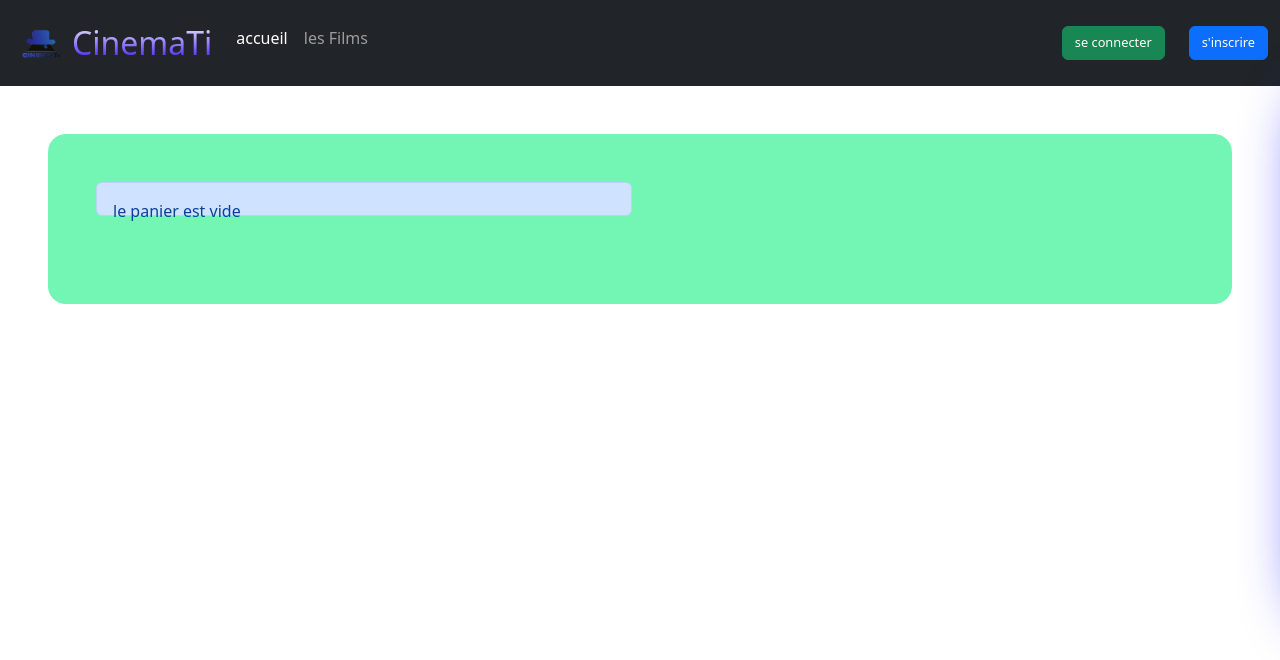
Repository: ahmed-rabah/cinemaMiniProject
Page: http://localhost/finaliserCommande.php
An editor plug-in stored every save of this project. The page is shown before and after the next save, followed by the edit.
The browser window is 1280 px wide. The pictures show the whole page.
The page is run by PHP 8.4 with error messages shown; the project is at /var/www/html/. Other server files are loaded and not shown.

Above is the page before, as saved 2023-01-12 12:25:45.
Console error: TypeError: Cannot read properties of null (reading 'addEventListener')

### finaliserCommande.php
<?php
 session_start();
//  require "./functions/database.php";
//  $images = $pdo->query("SELECT photo from film");
//  $images = $images->fetchAll(MYSQLI_NUM);
//  foreach ($images as $image){
//     echo "<img src=\"".$image["photo"]."\" >";
// }?>
<!DOCTYPE html>
<html lang="en">
<head>
    <meta charset="UTF-8">
    <meta http-equiv="X-UA-Compatible" content="IE=edge">
    <meta name="viewport" content="width=device-width, initial-scale=1.0">
    <link rel="stylesheet" href="node_modules/bootstrap/dist/css/bootstrap.min.css">
    <link rel="stylesheet" href="./css/style.css">
    <link rel="stylesheet" href="https://unicons.iconscout.com/release/v4.0.0/css/line.css">
    <link rel="icon" href="./logoCinema.png">
    <title>CinemaTi</title>
</head>
<body>
    <header>
        <?php include './header.php'; ?>

    </header>
    <main class="">
        <section class="" id="cartContainer"></section>
    </main>

    <div class="absoluteCart m-2 p-1"></div>

    <script src="node_modules/jquery/dist/jquery.slim.min.js"></script>
    <script src="node_modules/bootstrap/dist/js/bootstrap.bundle.min.js"></script>
    <script src="./javascript/panie.js"></script>
</body>
</html>

### header.php
<?php
    require_once './functions/database.php';

    function getAllgenres($pdo){
      $req = $pdo->query('SELECT * from genre');
      $rows = $req->fetchAll(PDO::FETCH_ASSOC);
      foreach ($rows as $row) {
        $genres[] = $row ;
      }

      return $genres;
    }
?>
<nav class="navbar navbar-expand-lg navbar-dark bg-dark">

  <div class="container-fluid">
      <a class="navbar-brand d-flex cine-name" href="./index.php">
        <img src="./logoCinema.png" width="60" height="60" class="d-inline-block align-top rounded-circle" alt="">
        <h2 class="mt-2 gradiant-bg">CinemaTi</h2>
      </a>
    <button class="navbar-toggler" type="button" data-bs-toggle="collapse" data-bs-target="#navbarColor01" aria-controls="navbarColor01" aria-expanded="false" aria-label="Toggle navigation">
      <span class="navbar-toggler-icon"></span>
    </button>
    <div class="collapse navbar-collapse justify-content-between" id="navbarColor01">
      <ul class="navbar-nav">
        <li class="nav-item">
          <a class="nav-link active" href="./index.php" id="accueil"><h6>accueil</h6>
            <span class="visually-hidden">(current)</span>
          </a>
        </li>
        <li class="nav-item">
          <a class="nav-link" href="./movies.php"  id="movies"><h6>les Films</h6></a>
        </li>
   <!--     <li class="nav-item">
          <a class="nav-link" href="./movies.php" ><h6>les salles de projection</h6></a>
        </li>
        <li class="nav-item">
          <a class="nav-link" href="./contact.php"><h6>Contact</h6></a>
        </li> -->
      </ul>
      <?php
      if(!isset($_SESSION['user_id'])){
        ?>

<ul class="nav navbar" id="non-connected">
  <li><a href="./signIn.php" class="btn btn-success me-2 font-size">se connecter</a></li>
  <li><a href="./signup.php" class="btn btn-primary ms-3 font-size">s'inscrire</a></li>
</ul>
<?php }
if(isset($_SESSION['user_id'])){ ?>
    <ul class="nav navbar" id="connected">
      <li><button class="btn btn-light me-2" id="panier"><span class="font-size"><i class="uil uil-shopping-cart-alt ">panier d'achat</i></span></button></li>
      <li><a href="./dashboard.php" class="btn btn-primary ms-3 "><span class="font-size"><i class="uil uil-user-circle"></i>votre compte</span></a></li>
      <li><a href="./logout.php" class="btn btn-danger ms-3 "><span class="font-size"><i class="uil uil-signout"></i>deconnexion</span></a></li>
    </ul>
    <?php } ?>
  </div>
  </div>
</nav>

### functions/database.php
<?php
try {
    $database="moviedb";
    $user="root";
    $password="";
    $pdo = new PDO("mysql:host=localhost;dbname=$database",$user,$password);
    // echo "Success: Connected to the database.";
  } catch(PDOException $e) {
    die("Error: Could not connect to the database.");
  }

### functions/panier.php
<?php


if($_SERVER['REQUEST_METHOD'] == 'GET'){
    session_start();
    if(isset($_SESSION['user_id']) && !empty( $_SESSION['panier'])){
        $panier = $_SESSION['panier'];
        require_once './database.php';
        $productsInfos=[];
        foreach ($panier as $product) {
            $idprogramme = $product['idProgramme'];
            $req = "SELECT  p.idProgramme ,g.libelle,f.titre,p.date_projection,f.photo , p.heure_debut, p.ticketsDisponible, p.prix_unitaire FROM programme as p, film as f , genre as g WHERE p.idFilm= f.idFilm AND p.idProgramme =$idprogramme AND g.idGenre = f.idGenre";
            $requete = $pdo->query($req);
            $resultat = $requete->fetch(PDO::FETCH_ASSOC);
            array_push($product,$resultat);
            if(isset($_GET['item']) && $_GET['item'] ==$idprogramme ){
                exit(json_encode($product));
            }
            array_push($productsInfos,$product);
        }
        if(isset($_GET['item'])){
            exit(json_encode(false));
        }
        exit(json_encode($productsInfos));


        // require_once './database.php';
        // $idUser = $_GET['idUser'];
        // $req = "SELECT pro.id_produit ,pro.nombre_places , pro.prix , p.date_projection ,p.heure_debut , p.prix_unitaire , g.libelle , f.titre,f.photo FROM produit as pro, programme as p , film as f ,genre as g WHERE pro.id_user=$idUser AND p.idFilm=f.idFilm AND pro.id_programme=p.idProgramme AND g.idGenre =f.idGenre";
        // $query = $pdo->query($req);
        // $resultat = $query->fetchAll(PDO::FETCH_ASSOC);
    }else{
        exit(json_encode(false));
    }
}

### css/style.css

::-webkit-scrollbar{
    width : 1rem;
}
::-webkit-scrollbar-track{
    background-color: black;
}
::-webkit-scrollbar-thumb{
    background-color: #2d00f7a1;
    border-radius: 100vw;
}
::-webkit-scrollbar-thumb:hover{
    background-color:white;
}

html{
    scroll-behavior: smooth;
}


.centered{
    position: absolute;
    top: 50%;
    left: 50%;
    transform: translate(-50%, -50%);
}
.logo-picture{
    width: 100px; height :100px;
}
/*
.cine-name{
    background-image : linear-gradient(to top,#89f90a 20% , #02fa54 100%) ;
    border-radius : 10px;
    padding-right: 4px;
} */
.font-size{
    font-size: 0.8em;
}
/* .account{
    font-size: 1.2em
} */
.gradiant-bg{
    background-color: #5577ff;
    background-image : linear-gradient(to top,#2d00f7 0% , #ffffff 100%) ;
    background-clip: text;
    -webkit-background-clip: text;
    -moz-background-clip: text;
    -webkit-text-fill-color: transparent;
    -moz-text-fill-color: transparent;
    background-size: 100%;
    display : flex  ;
    align-items: center ;
    cursor : pointer ;
    text-decoration: none;
}

.grid{
    display: grid;
    grid-template-columns:auto auto auto ;
}

.absolute-alert{
    background-color: rgba(255,255,255,0.5);
    width: 100vw;
    height: 100vh;
    position: fixed ;
    top: 0;
    left: 0;
    z-index: 100 ;
    text-align :center;
    display :grid ;
    place-items: center ;

}
.absoluteCart{
    position: fixed;
    top: 6em;
    right: 0;
    width: 400px;
    height: 70%;
    background: #3d5f89;
    border-radius: 12px;
    box-shadow: 0 0 4em blue;
    display: grid;
    grid-template-columns: auto;
    justify-content: center;
    transition: all 0.3s linear ;
    transform: translate(110%);
    overflow-y: auto;
    }
    .show-cart {
    transform: translate(0);
    }
    .finaliserBtn{
        position: sticky;
        top: 0;
        z-index: 100;
        margin-bottom: 1em;
        height: 50px;
    }
    .inner-grid{
        display: grid ;
    grid-template-columns:30% 70% ;
    border-bottom:  1px solid black ;
    margin: 0.4em 0;
    }
    .grid{
        display: grid ;
    grid-template-columns:30% 70% ;
    }
    @media screen and (max-width:1048px) {
        .grid{
        display: grid ;
    grid-template-columns:20% 80% ;
    }
}

#cartContainer{
    margin: 3em;
    padding: 3em;
    display : grid;
    grid-template-columns: 1fr 1fr;
    gap: 1em;
    background-color : rgb(115, 245, 180) ;
    border-radius: 18px;

}
@media screen and (max-width:700px) {
    #cartContainer{
    grid-template-columns:auto ;
    }

}

### javascript/panie.js
let panierBtn = document.getElementById('panier');
let deleteProductBtn = document.getElementById('deleteproduct');
let updateProductBtn = document.getElementById('updateproduct');
let addProductBtn =  document.getElementById('addProduct');
let cartContainer = document.getElementById('cartContainer');

window.addEventListener('DOMContentLoaded',()=>{
    getUserPanier("container").then(data=>{
            cartContainer.innerHTML = data;
    })
})

function addProduct(id){
    addProduit(id).then(response=>{
        let added = response.added;
        let reponse = response.response;
        let connected = response.connected;
       let msg="";
        if(!connected) {
            reponse+='<strong><a href="./signin.php">Se connecter</a></strong>';
        }
        if(!added){
            msg=`<div class="alert alert-warning alert-dismissible fade show" role="alert" id="myAlert">
            ${reponse}
            <button type="button" class="btn-close" data-bs-dismiss="alert" aria-label="Close"></button>
          </div>`;
        }else{
            msg=`<div class="alert alert-success alert-dismissible fade show" role="alert" id="myAlert">
            ${reponse}
            <button type="button" class="btn-close" data-bs-dismiss="alert" aria-label="Close"></button>
          </div>`;
        }
        let body = document.querySelector('body');
        body.insertAdjacentHTML('beforeend',`<div class="absolute-alert">${msg}</div>`);
        let theAlert = document.querySelector('.absolute-alert');
        theAlert.addEventListener('click',function(e){
            if(e.target.classList.contains('absolute-alert')){
            theAlert.outerHTML="";
        }})
        let myAlert = document.getElementById('myAlert')
            myAlert.addEventListener('close.bs.alert', () => {
                theAlert.outerHTML="";
            })

        setTimeout(() => {theAlert.outerHTML="";},10000);
    })

    // console.log(id);
}

panierBtn.addEventListener('click', () => {
    userCart()
    let cart = document.querySelector('.absoluteCart');
    cart.classList.toggle('show-cart');
})

async function deleteproductFromCart(product){
    let request = await fetch("./functions/deleteUserProduct.php?idProgramme="+product);
    let response = await request.json();
    let deleted = response.deleted;
    let reponse = response.response;
    let connected = response.connected;
    let msg="";
    let cartItem = document.getElementById('cart'+product);
    if(!connected) {
        reponse+='<strong><a href="./signin.php">Se connecter</a></strong>';
    }
    if(!deleted){
        msg=`<div class="alert alert-warning alert-dismissible fade show" role="alert" id="myAlert">
        ${reponse}
        <button type="button" class="btn-close" data-bs-dismiss="alert" aria-label="Close"></button>
      </div>`;
      cartItem.insertAdjacentHTML('beforebegin',msg);
    }else{
        msg=`<div class="alert alert-success alert-dismissible fade show" role="alert" id="myAlert">
        ${reponse}
        <button type="button" class="btn-close" data-bs-dismiss="alert" aria-label="Close"></button>
      </div>`;
      cartItem.outerHTML=msg;
    }
    // let cart = document.querySelector('.absoluteCart');

}
async function updateproductCart(product,status){
    let request = await fetch("./functions/updateUserProduct.php?idProgramme="+product+"&status="+status);
    let response = await request.json();
    let updated = response.updated;
    let reponse = response.response;
    let connected = response.connected;
    let msg="";
    let cartItem = document.getElementById('cart'+product);
    if(!connected) {
        reponse+='<strong><a href="./signin.php">Se connecter</a></strong>';
    }
    if(connected && updated === false){
        msg=`<div class="alert alert-danger alert-dismissible fade show" role="alert" id="myAlert">
        ${reponse}
        <button type="button" class="btn-close" data-bs-dismiss="alert" aria-label="Close"></button>
      </div>`;
    }else{
        msg=`<div class="alert alert-success alert-dismissible fade show" role="alert" id="myAlert">
        ${reponse}
        <button type="button" class="btn-close" data-bs-dismiss="alert" aria-label="Close"></button>
        </div>`;
        getCartItem(product).then(result => {
            cartItem.outerHTML = result ;
        })
    }
    let body = document.querySelector('body');
    body.insertAdjacentHTML('beforeend',`<div class="absolute-alert">${msg}</div>`);
    let theAlert = document.querySelector('.absolute-alert');
    theAlert.addEventListener('click',function(e){
        if(e.target.classList.contains('absolute-alert')){
        theAlert.outerHTML="";
    }})
    let myAlert = document.getElementById('myAlert')
        myAlert.addEventListener('close.bs.alert', () => {
            theAlert.outerHTML="";
        })

    setTimeout(() => {theAlert.outerHTML="";},10000);

}

function userCart(){
    getUserPanier('sidebar').then(data=>{
        console.log(data);
        let cartDiv = document.querySelector('.absoluteCart');
        cartDiv.innerHTML=data;
        let Final = document.createElement('a');
        Final.setAttribute('href',"./finaliserCommande.php");
        Final.className="btn btn-primary w-100  finaliserBtn";
        Final.innerHTML="finaliser la commande";
        cartDiv.prepend(Final);
    })

}

async function getCartItem(item){
    let request = await fetch('./functions/panier.php?item='+item);
    let response = await request.json();
    let msg="";
    if(response === false){
        msg =`<div class="alert alert-primary h-25" role="alert">
        le panier est vide
        </div>`;
    }else{
        msg=cartItemInfos(response,"sidebar");
         }

    return msg;
}
async function getUserPanier(type){
    let request = await fetch('./functions/panier.php');
    let response = await request.json();
    let msg="";
    if(response === false){
        msg =`<div class="alert alert-primary h-25" role="alert">
        le panier est vide
            </div>`;
    }else{
        response.forEach(produit => {
            msg+=cartItemInfos(produit,type);
        });
    }

    return msg;
}

async function addProduit(programme){
    let request = await fetch('./functions/addproduct.php?idProgramme='+programme);
    let response = await request.json();
    return response;
}

function cartItemInfos(produit,use){

    if(use==="sidebar"){

        return `<div class="card border-primary  mb-2 w-100"  id="cart${produit.idProgramme}">
        <div class="card-header"><h4>${produit[0].titre}</h4></div>
        <div class="card-body  text-dark">
        <div class="d-flex justify-content-center">
        <img src="${produit[0].photo}" width="60px" height="66px">
        <div class="ms-1">
        <p class="card-title  m-0 fw-normal">le <strong>${produit[0].date_projection}</strong> à <strong>${produit[0].heure_debut}</strong></p>
        <p class="card-text m-0 fw-normal">prix_unitaire :<strong> ${produit[0].prix_unitaire} DH</strong></p>
        <p class="card-text m-0 fw-normal">tickets disponible :<strong> ${produit[0].ticketsDisponible}</strong> ticket(s)</p>
        </div>
        </div>
        </div>
        <div class="card-footer d-flex justify-content-between align-items-center p-1">
        <div class="d-flex justify-content-center align-items-center">
        <h6 class="btn minus" onclick="updateproductCart(${produit.idProgramme},'minus')"><i class="uil uil-minus-circle fs-5 text-danger"></i></h6>
        <h6> ${produit.nbrPlace} </h6>
        <h6 class="btn plus" onclick="updateproductCart(${produit.idProgramme},'plus')"><i class="uil uil-plus-circle fs-5 text-success"></i></h6>
        </div>
        <h6>Total : ${produit.prix} DH</h6>
        <button class="btn btn-danger"  onclick="deleteproductFromCart(${produit.idProgramme})"><i class="uil uil-trash-alt"></i></button>
        </div>
        </div>`;
    }else{
        return `<div class="card border-primary w-100"  id="cart${produit.idProgramme}">
        <div class="card-header text-center"><h2>${produit[0].titre}</h2></div>
        <div class="card-body  text-dark">
        <div class="d-flex justify-content-start align-items-center">
        <img src="${produit[0].photo}" width="140px" height="140px">
        <div class="ms-1">
        <h5 class="card-title  m-0 fw-normal">le <strong>${produit[0].date_projection}</strong> à <strong>${produit[0].heure_debut}</strong></h5>
        <h5 class="card-text m-0 fw-normal">prix_unitaire :<strong> ${produit[0].prix_unitaire} DH</strong></h5>
        <h5 class="card-text m-0 fw-normal">tickets disponible :<strong> ${produit[0].ticketsDisponible}</strong> ticket(s)</h5>
        </div>
        </div>
        </div>
        <div class="card-footer d-flex justify-content-between align-items-center p-1">
        <div class="d-flex justify-content-center align-items-center">
        <h4 class="btn minus" onclick="updateproductCart(${produit.idProgramme},'minus')"><i class="uil uil-minus-circle fs-5 text-danger"></i></h4>
        <h4> ${produit.nbrPlace} </h4>
        <h4 class="btn plus" onclick="updateproductCart(${produit.idProgramme},'plus')"><i class="uil uil-plus-circle fs-5 text-success"></i></h4>
        </div>
        <h4>Total : ${produit.prix} DH</h4>
        <button class="btn btn-danger"  onclick="deleteproductFromCart(${produit.idProgramme})"><i class="uil uil-trash-alt"></i></button>
        </div>
        </div>`;
    }
    }
    // window.addEventListener('load',()=>{
    //     let addBtns = document.querySelectorAll('.addToCart');
// console.log("begin");
// addBtns.forEach(addBtn=>{
// let programmeID  = addBtn.dataSet.programmeID;
// console.log("ok");
// console.log(programmeID);

// });
// console.log("ends");


/*
panierBtn.addEventListener('click',()=>{

    getUserPanier(1).then(panier=>{
        panier.forEach(produit => {
            console.log(produit);
        });
    })

});

// addProductBtn.addEventListener('click',()=>{
//     addProduct(programme).then(response=>{
    //         console.log(response);
    //     })
    // });

    deleteProductBtn.addEventListener('click',()=>{
        deleteproductFromCart(programme).then(response=>{
            console.log(response);
        })
});

updateProductBtn.addEventListener('click',()=>{
    let product =  document.getElementById('product').value;
    updateproductCart(product,nbr).then(response=>{
        console.log(response);
    })
});

*/
// })

After the next save:
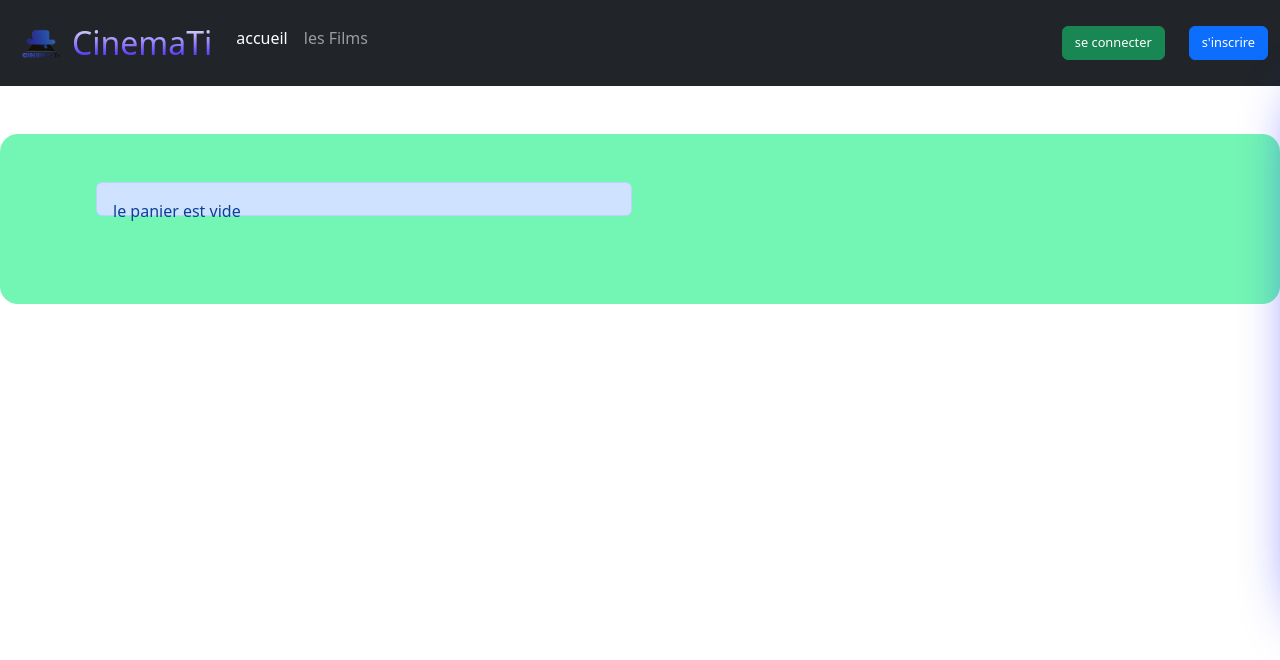
Saved 6 min 32 s later.
--- a/finaliserCommande.php
+++ b/finaliserCommande.php
@@ -23,7 +23,7 @@
         <?php include './header.php'; ?>
 
     </header>
-    <main class="">
+    <main style="background-color : rgb(115, 245, 180) ;border-radius: 18px;">
         <section class="" id="cartContainer"></section>
     </main>
 
